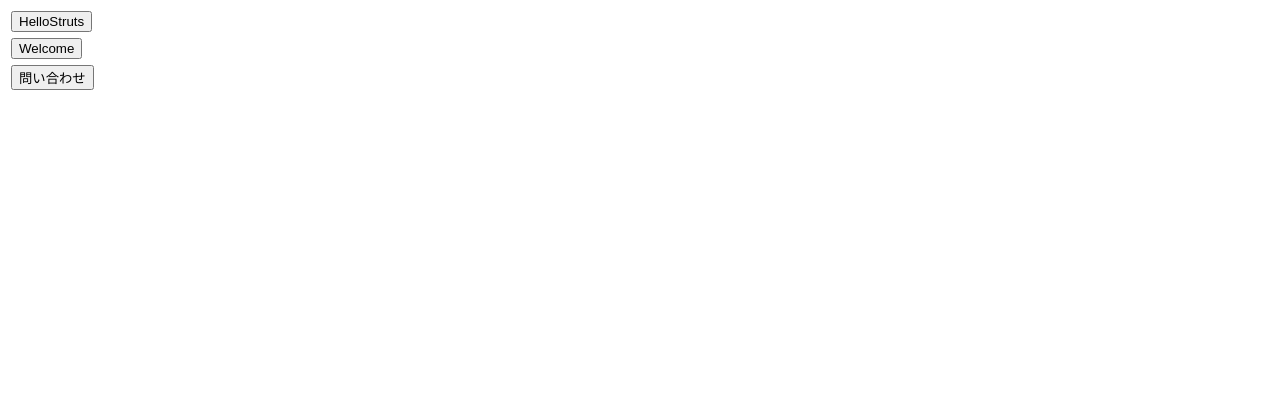
Repository: fujita0830/learning
Page: http://localhost/WebProj3/
An editor plug-in stored every save of this project. The page is shown before and after the next save, followed by the edit.
The browser window is 1280 px wide. The pictures show the whole page.
The page is served by Tomcat 9. Other server files are loaded and not shown.

Above is the page before, as saved 2018-12-26 01:49:40.

### WebProj3/WebContent/index.jsp
<%@ page language="java" contentType="text/html; charset=UTF-8"
    pageEncoding="UTF-8"%>
<%@ taglib prefix="s" uri="/struts-tags" %>
<!DOCTYPE html PUBLIC "-//W3C//DTD HTML 4.01 Transitional//EN" "http://www.w3.org/TR/html4/loose.dtd">
<html>
<head>
<meta http-equiv="Content-Type" content="text/html; charset=UTF-8">
<title>INDEX</title>
</head>
<body>

 <s:form action="HelloStrutsAction">
     <s:submit value="HelloStruts"/>
 </s:form>

 <s:form action="WelcomeAction">
     <s:submit value="Welcome"/>
 </s:form>

 <s:form action="InquiryAction">
   <s:submit value="問い合わせ"/>
 </s:form>

</body>
</html>

After the next save:
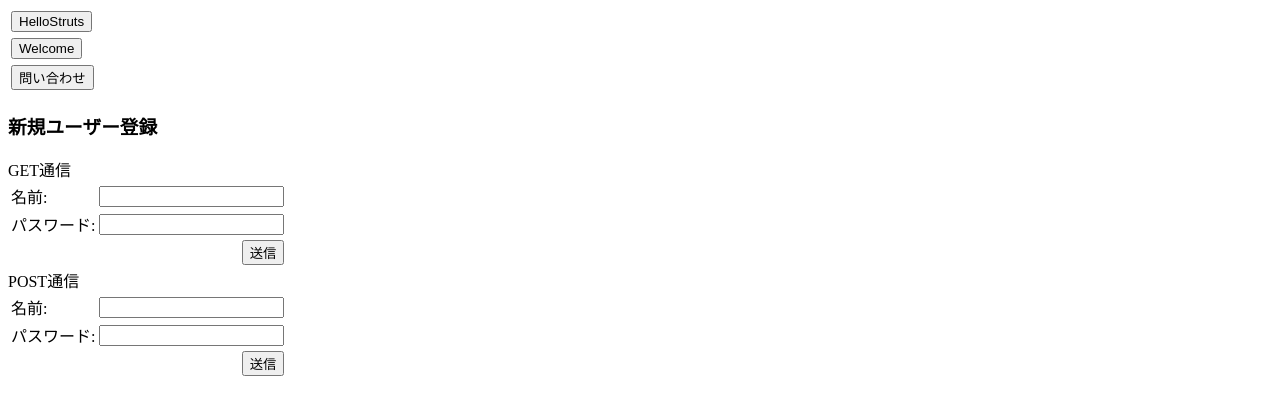
Saved 12 min 44 s later.
--- a/WebProj3/WebContent/index.jsp
+++ b/WebProj3/WebContent/index.jsp
@@ -21,5 +21,20 @@
    <s:submit value="問い合わせ"/>
  </s:form>
 
+<h3>新規ユーザー登録</h3>
+GET通信
+<s:form method="get" action="TestAction">
+<s:textfield name="username" label="名前"/>
+<s:password name="password" label="パスワード"/>
+<s:submit value ="送信"/>
+</s:form>
+
+POST通信
+<s:form method="post" action="TestAction">
+<s:textfield name="username" label="名前"/>
+<s:password name="password" label="パスワード"/>
+<s:submit value ="送信"/>
+</s:form>
+
 </body>
 </html>
